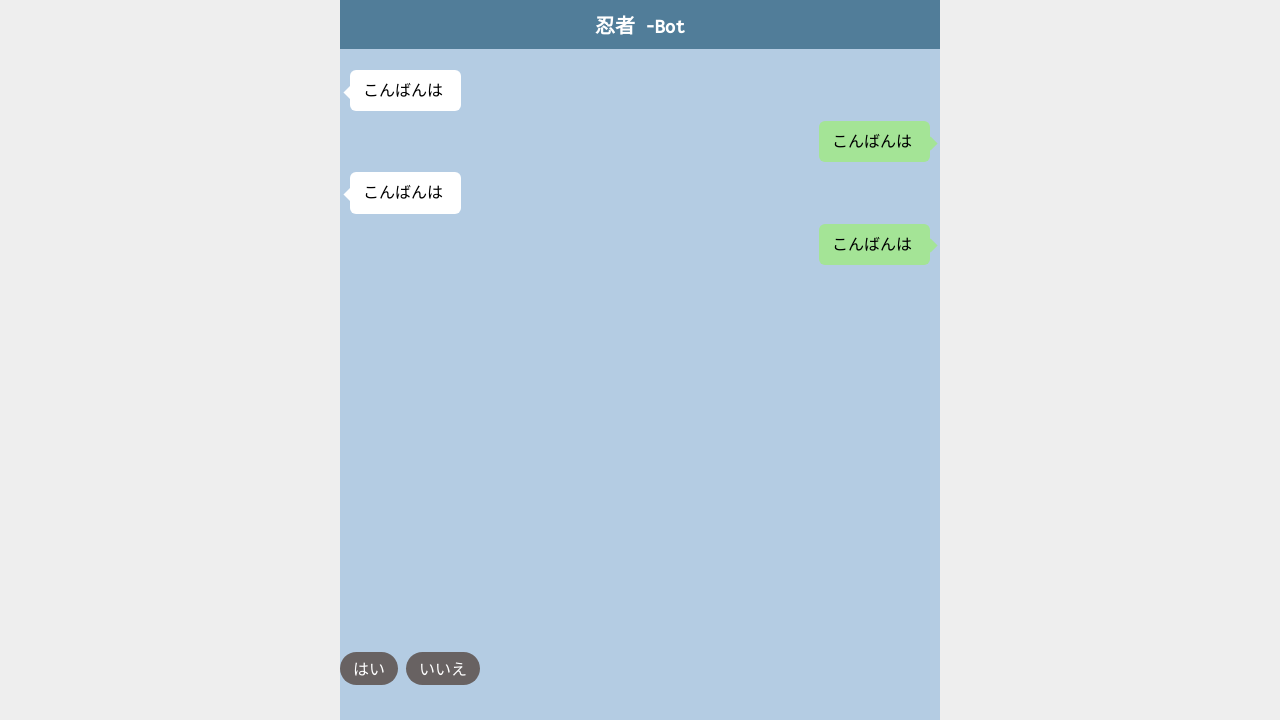
Repository: t0chan/bot
Page: index.html
These files come from the project's save history. The page is drawn as it stood at one moment and after a run of saves; the edit follows.
The browser window is 1280 px wide. The pictures show the whole page.

Above is the page before, as saved 2021-11-01 19:31:33.

### index.html
<!DOCTYPE html>
<html lang="ja">
<head>
    <meta charset="UTF-8">
    <meta http-equiv="X-UA-Compatible" content="IE=edge">
    <meta name="viewport" content="width=device-width, initial-scale=1.0">
    <link rel="preconnect" href="https://fonts.googleapis.com">
    <link rel="preconnect" href="https://fonts.gstatic.com" crossorigin>
    <link href="https://fonts.googleapis.com/css2?family=Inconsolata:wght@500&display=swap" rel="stylesheet">
    <link rel="stylesheet" href="style.css">
    <title>忍者bot</title>
</head>
<body>
   <div class="wrapper">
       <h1>忍者 -Bot</h1>

       <!-- 画面 -->
       <div id="chat-field">
           <ul id="chat-ul">
               <li>こんばんは</li>
               <li>こんばんは</li>
               <li>こんばんは</li>
               <li>こんばんは</li>
           </ul>
       </div>
       <!-- 入力場所、送信ボタン -->
       <div id="input-field">
           <ul id="select-list">
            <li>はい</li>
            <li>いいえ</li>
           </ul>
       </div>
   </div>
   <script src="https://code.jquery.com/jquery-3.5.0.js"></script>
   <script src="questions.js"></script>
   <script src="main.js"></script>
</body>
</html>

### style.css
* {
    margin: 0;
    padding: 0;
    list-style: none;
    box-sizing: border-box;
    font-family: -apple-system, BlinkMacSystemFont, "Helvetica Neue", YuGothic, "ヒラギノ角ゴ ProN W3", Hiragino Kaku Gothic ProN, Arial, "メイリオ", Meiryo, sans-serif;
}

body {
    background: #eee;
}

img {
    width: 100%;
    height: auto;
}

.wrapper {
    max-width: 600px;
    margin: 0 auto;
}
h1 {
    position: fixed;
    top: 0;
    left: 50%;
    transform: translateX(-50%);
    max-width: 600px;
    width: 100%;
    z-index: 10;
    padding: 10px 0;
    text-align: center;
    background: #517D99;
    color: #fff;
    font-size: 20px;
    font-family: 'Inconsolata', monospace;
}

#chat-field {
    height: 100vh;
    padding: 70px 0 140px 0;
    background: #b4cce3;
    overflow-x: hidden;
    overflow-y: scroll;
    -webkit-overflow-scrolling: touch;
}

/* スクロールバー消す */
#chat-field::-webkit-scrollbar {
    display: none;
}

#chat-ul {
    display: flex;
    flex-direction: column;
    padding-bottom: 50px;
}

#chat-ul li {
    background-color: #fff;
    position: relative;
    margin: 0 auto 10px 10px;
    word-wrap: break-word;
    display: inline-block;
    border-radius: 6px;
    min-height: 30px;
    max-width: 220px;
    padding: 7px 18px 7px 13px;
    line-height: 1.7em;

}
#chat-ul li::before {
    position: absolute;
    content: "";
    height: 10px;
    width: 10px;
    top: 50%;
    left: -8px;
    transform: rotate(45deg) translateY(-50%);
    background-color: #fff;

}

#chat-ul li:nth-child(even) {
    margin: 0 10px 10px auto;
    background-color: #a4e496;
}

#chat-ul li:nth-child(even)::before {
    background-color: #a4e496;
    left: calc(100% - 8px);
}

#input-field {
    position: fixed;
    width: 100vw;
    overflow: scroll;
    bottom: 35px;
    margin: 0 auto;
}

#select-list {
    display: flex;
    width: max-content;
}

#select-list li {
    background-color: #686262;
    color: #fff;
    padding: 4px 13px 5px 13px;
    border-radius: 20px;
    margin-right: 8px;

}

#select-list li:last-child {
    margin-right: 0;
}

Loaded but not shown: main.js (no copy from this time; the picture is the same without it); questions.js (no copy from this time; the picture is the same without it)

After the next 4 saves:
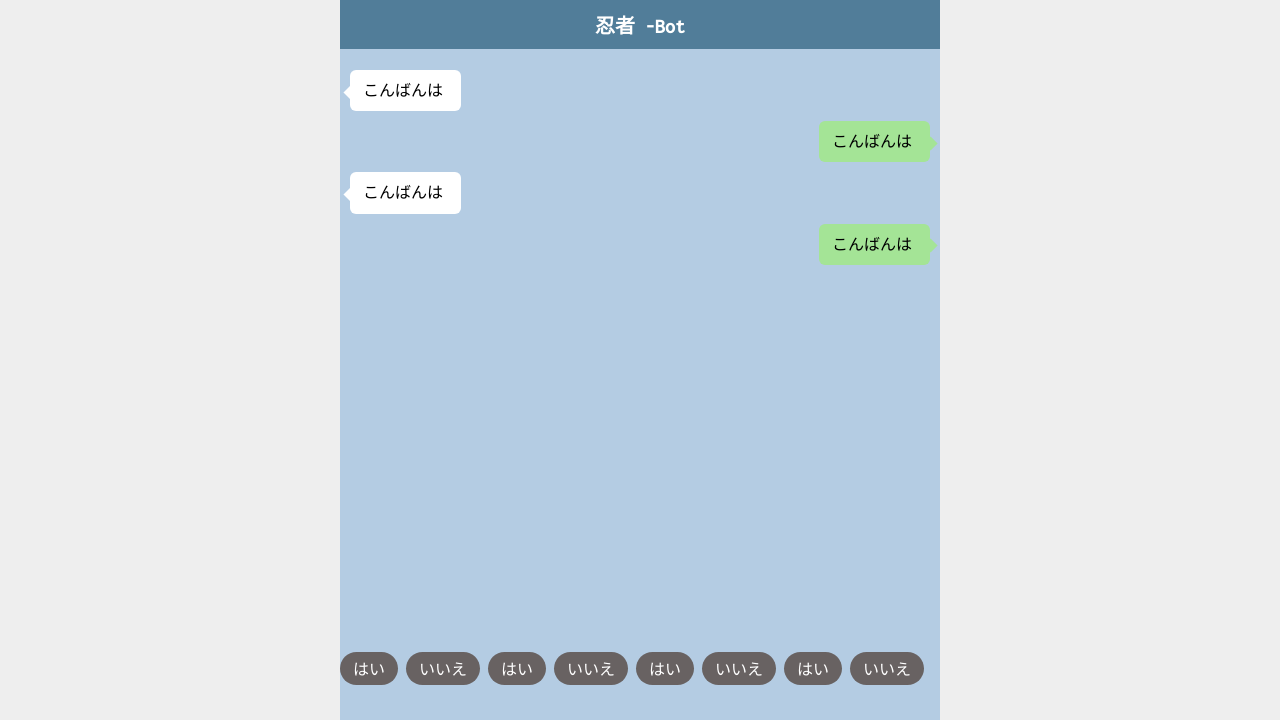
The 4 saves are shown as one change because they came seconds apart.
The last was saved 26 s later.
--- a/index.html
+++ b/index.html
@@ -28,6 +28,12 @@
            <ul id="select-list">
             <li>はい</li>
             <li>いいえ</li>
+            <li>はい</li>
+            <li>いいえ</li>
+            <li>はい</li>
+            <li>いいえ</li>
+            <li>はい</li>
+            <li>いいえ</li>
            </ul>
        </div>
    </div>
